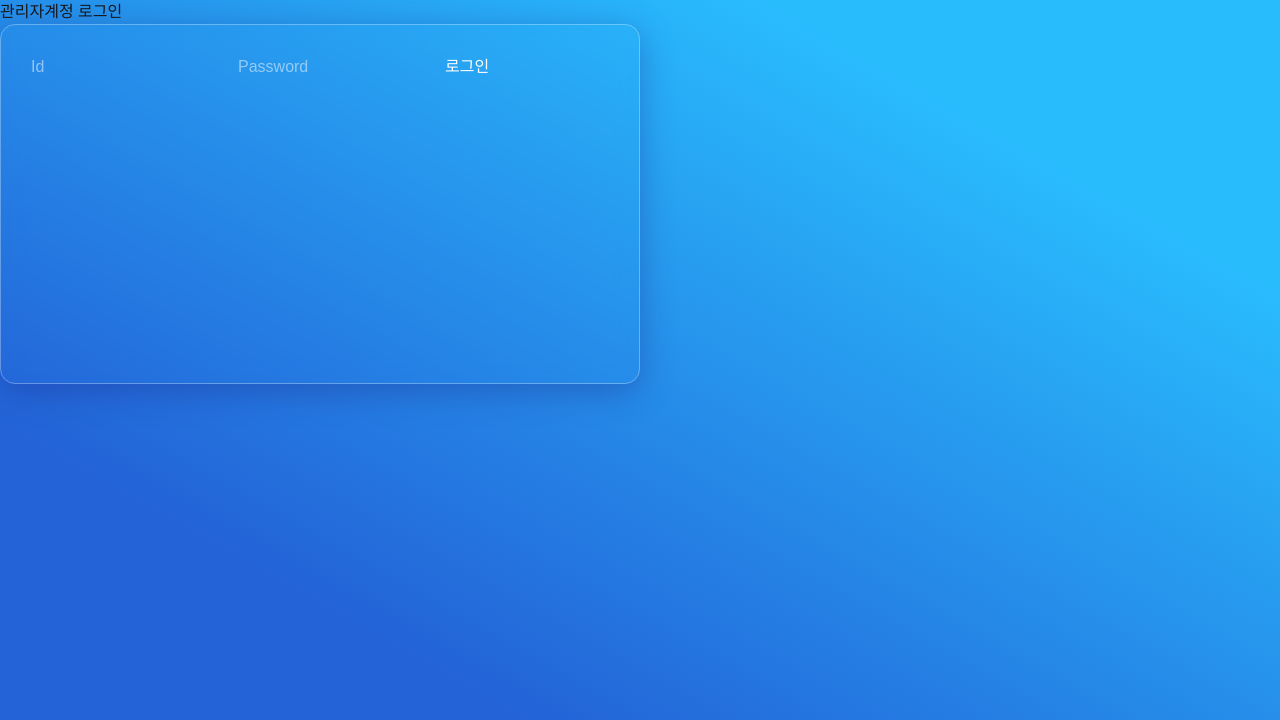
Repository: LEEYONGJUN3068/cms
Page: /login
The author's editor kept a copy of each file at every save. The page is drawn from the files as they stood at one save, then again after the next save.
The browser window is 1280 px wide. The pictures show the whole page.
The page's requests for data from a server got no answer. The project was rebuilt for these pictures with package versions that can differ from the ones it lists, and the page was loaded fresh each time. The framework's server and built-in components were replaced by stand-ins that run in the browser. No one was signed in, and anything a server would have sent is missing. Also part of the build but not shown: next.config.mjs.

Above is the page before, as saved 2025-09-23 13:27:52.

After the next save:
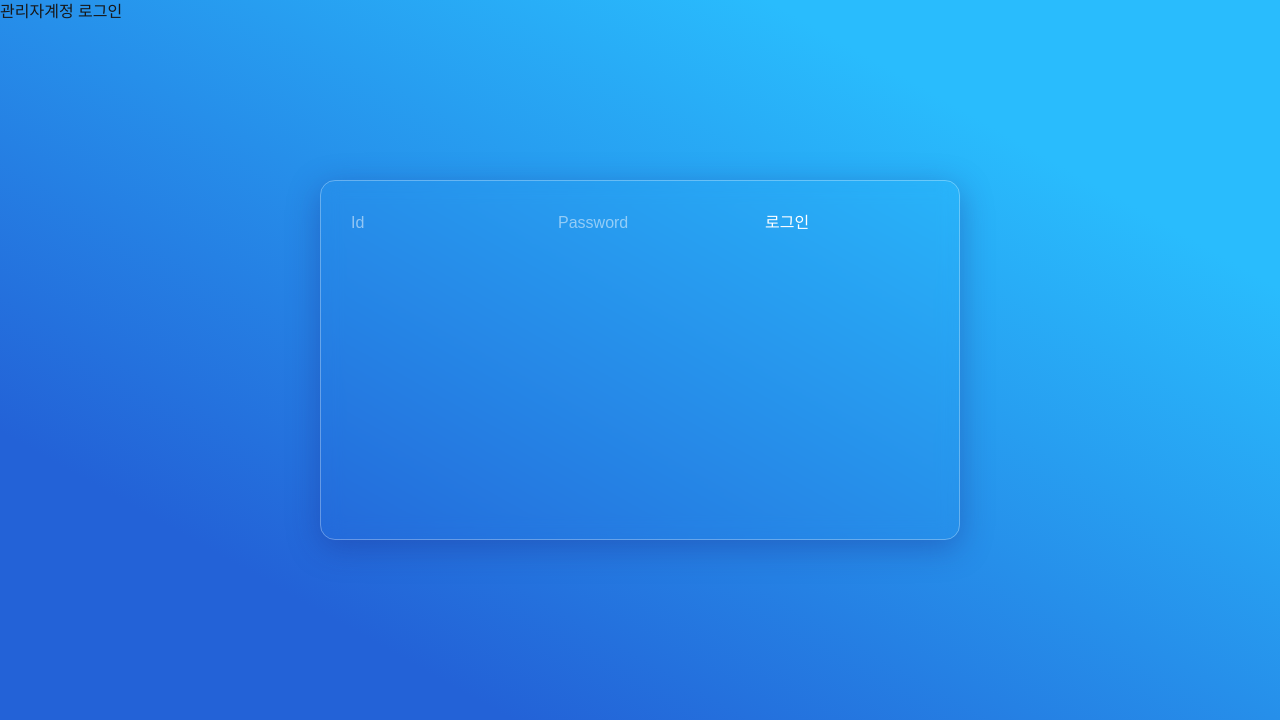
Saved 26 s later.
--- a/src/app/login/login.module.scss
+++ b/src/app/login/login.module.scss
@@ -4,6 +4,10 @@
     height: 100vh;
 
     .form{
+        position: absolute;
+        left: 50%;
+        top: 50%;
+        transform: translate(-50%, -50%);
         width: 50%;
         height: 50vh;
         backdrop-filter: blur(10px);
